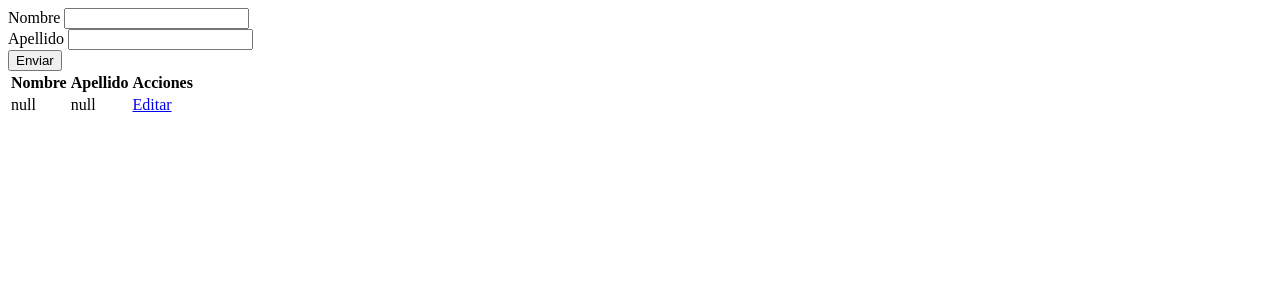
Repository: ek1olivera/Dise-o-wed
Page: http://localhost/DemoServlet/ServletPersonaControler
These files come from the project's save history. The page is drawn as it stood at one moment and after the next save; the edit follows.
The browser window is 1280 px wide. The pictures show the whole page.
The page is served by Tomcat 9.

Above is the page before, as saved 2022-05-16 01:58:24.

After the next save:
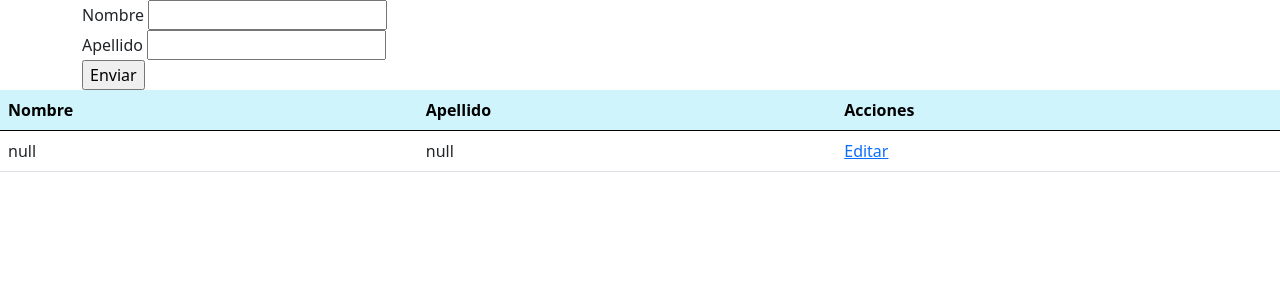
Saved 7 min 49 s later.
--- a/wps_eclipse_web/DemoServlet/src/main/webapp/index.jsp
+++ b/wps_eclipse_web/DemoServlet/src/main/webapp/index.jsp
@@ -8,6 +8,7 @@
 <head>
 <meta charset="ISO-8859-1">
 <title>Insert title here</title>
+<link href="https://cdn.jsdelivr.net/npm/bootstrap@5.0.2/dist/css/bootstrap.min.css" rel="stylesheet" integrity="sha384-EVSTQN3/azprG1Anm3QDgpJLIm9Nao0Yz1ztcQTwFspd3yD65VohhpuuCOmLASjC" crossorigin="anonymous">
 </head>
 <body>
 	<div class="container">
@@ -29,8 +30,8 @@
 	listaPersona = (List<Persona>) request.getAttribute("lista");
 	Iterator<Persona> item = listaPersona.iterator();
 	%>
-	<table>
-		<thead>
+	<table class="table">
+		<thead class="table-info">
 			<th>Nombre</th>
 			<th>Apellido</th>
 			<th>Acciones</th>
